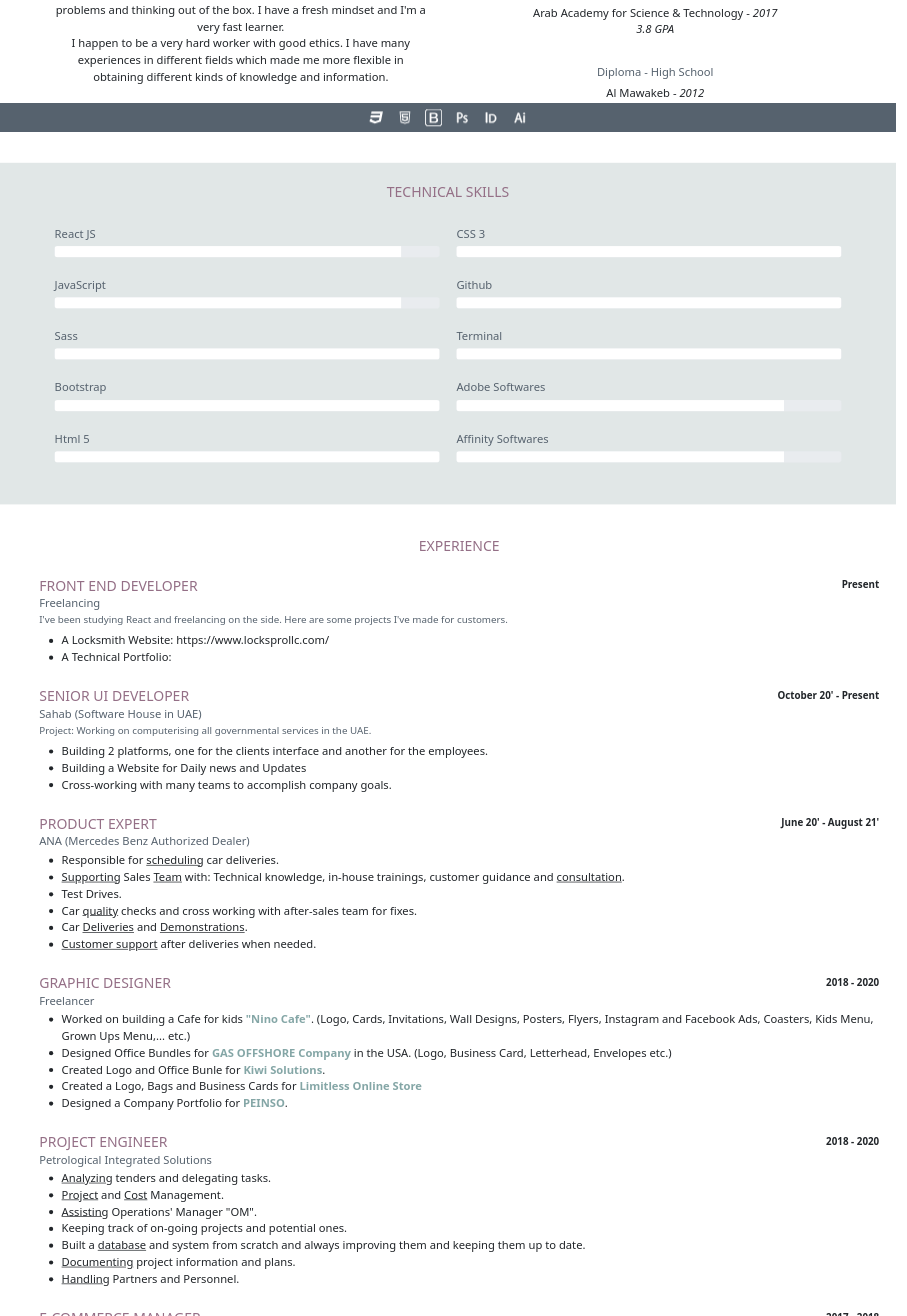
Repository: aya7abbal/my-old-portfolio
Page: resume.html
An editor plug-in stored every save of this project. The page is shown before and after the next save, followed by the edit.
The browser window is 1280 px wide. The page is 1296 px wide, so the pictures cover 1296 px, including what lies to the right of the window. The pictures show the part of the page from y = 531 to 2411 px (the page is 3059 px tall), at 70% of full size.
Some web fonts or font styles are not loaded; a fallback is used. Some web libraries are served in a nearby version. The style sheet was rebuilt from its Sass, Less or Tailwind sources for each picture, by a compiler version that may differ from the author's.

Above is the page before, as saved 2022-07-07 23:56:34.

After the next save:
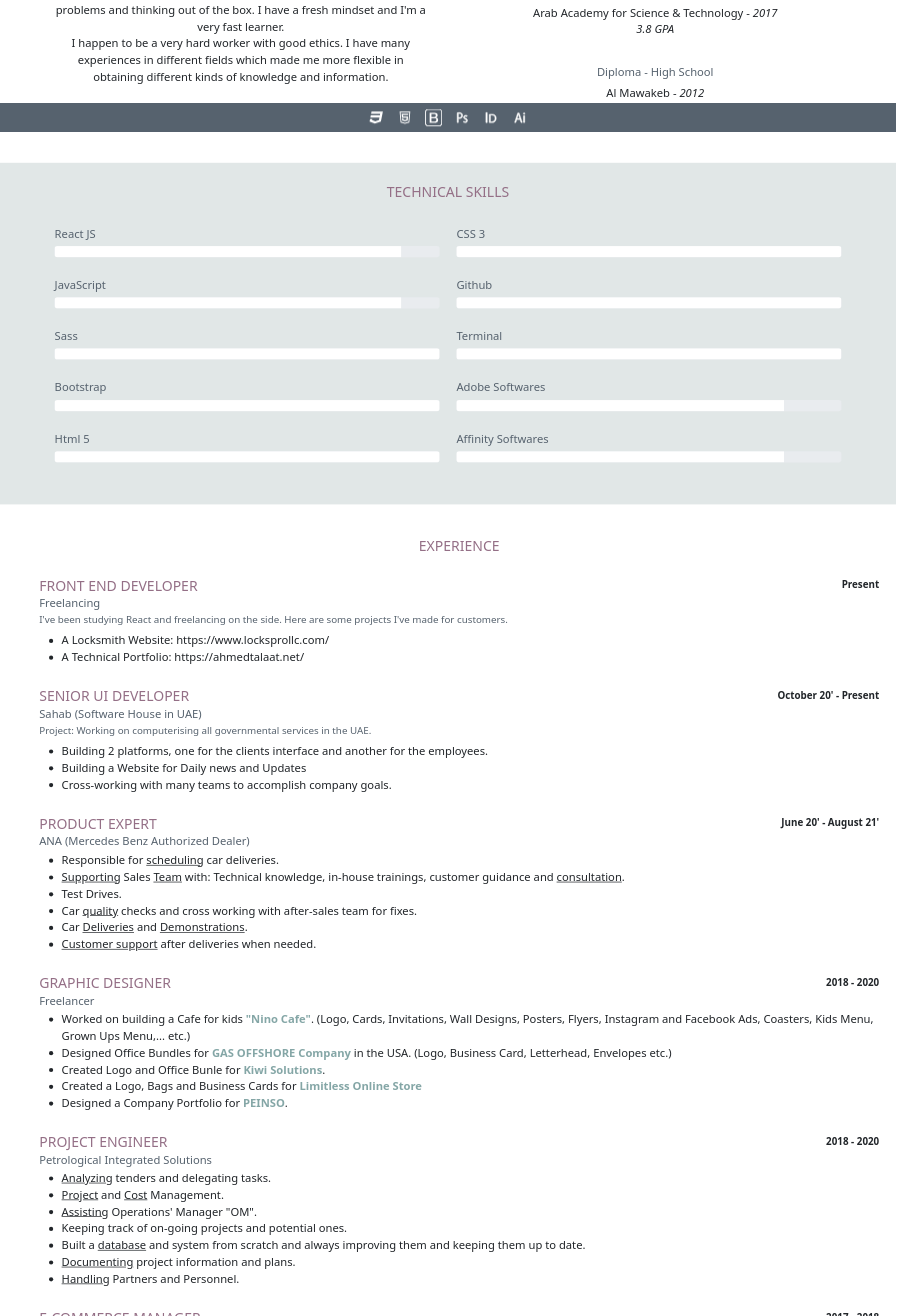
Saved 17 s later.
--- a/resume.html
+++ b/resume.html
@@ -359,7 +359,7 @@
                 <h6><small>I've been studying React and freelancing on the side. Here are some projects I've made for customers.</small> </h6>
                 <ul class="exp">
                     <li>A Locksmith Website: https://www.locksprollc.com/ </li>
-                    <li>A Technical Portfolio: </li>
+                    <li>A Technical Portfolio: https://ahmedtalaat.net/</li>
                 </ul>
             </a>
 
